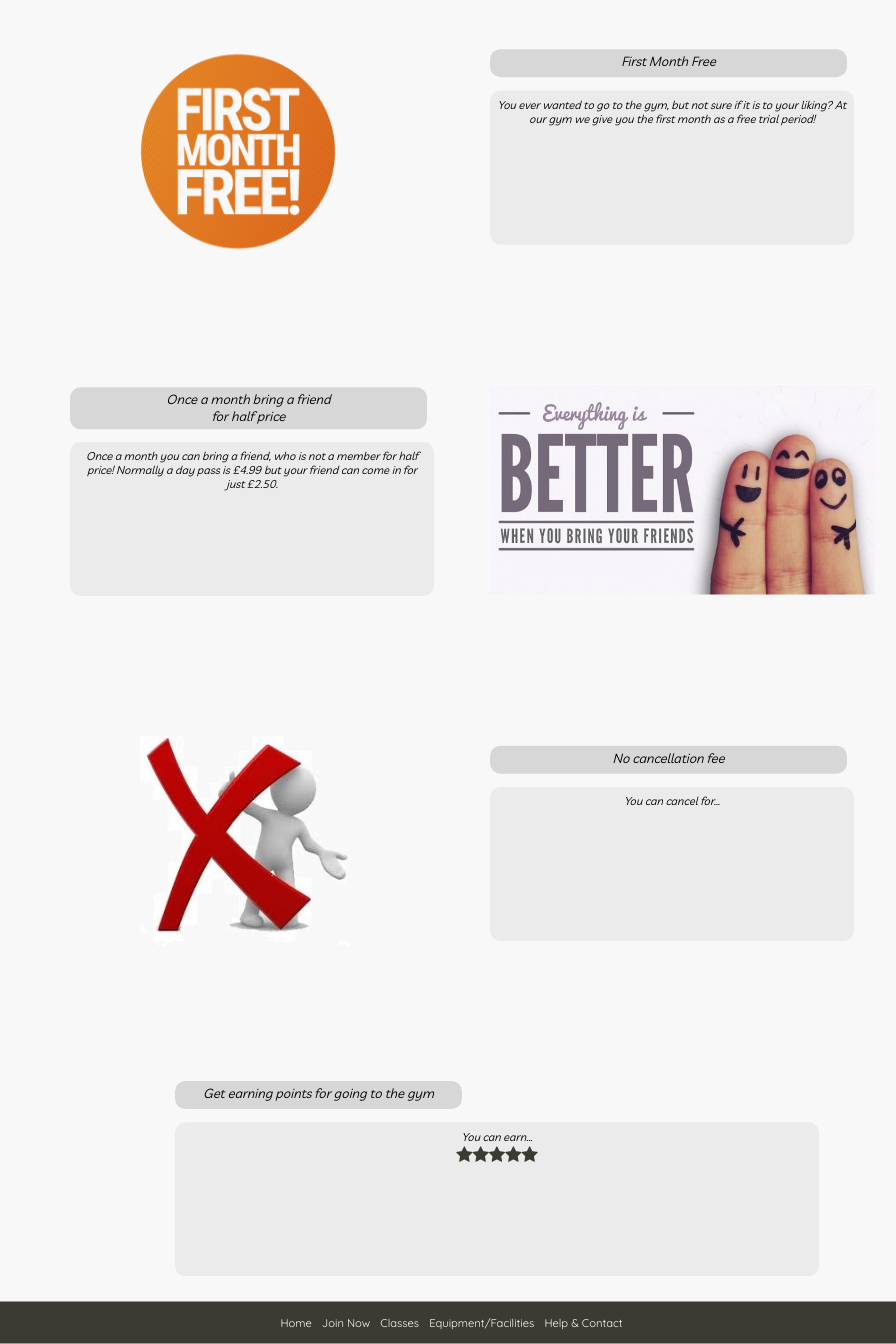
Repository: RicardoAzuul/the_fitness_hub
Page: membership_benefits.html
The author's editor kept a record of every edit. The page is drawn from the files as they stood at one moment, then again after the next edit.
The browser window is 1280 px wide. The pictures show the part of the page from y = 1685 to 3605 px (the page is 3605 px tall), at 70% of full size.
Some web fonts or font styles are not loaded; a fallback is used.

Above is the page before.

After the next edit:
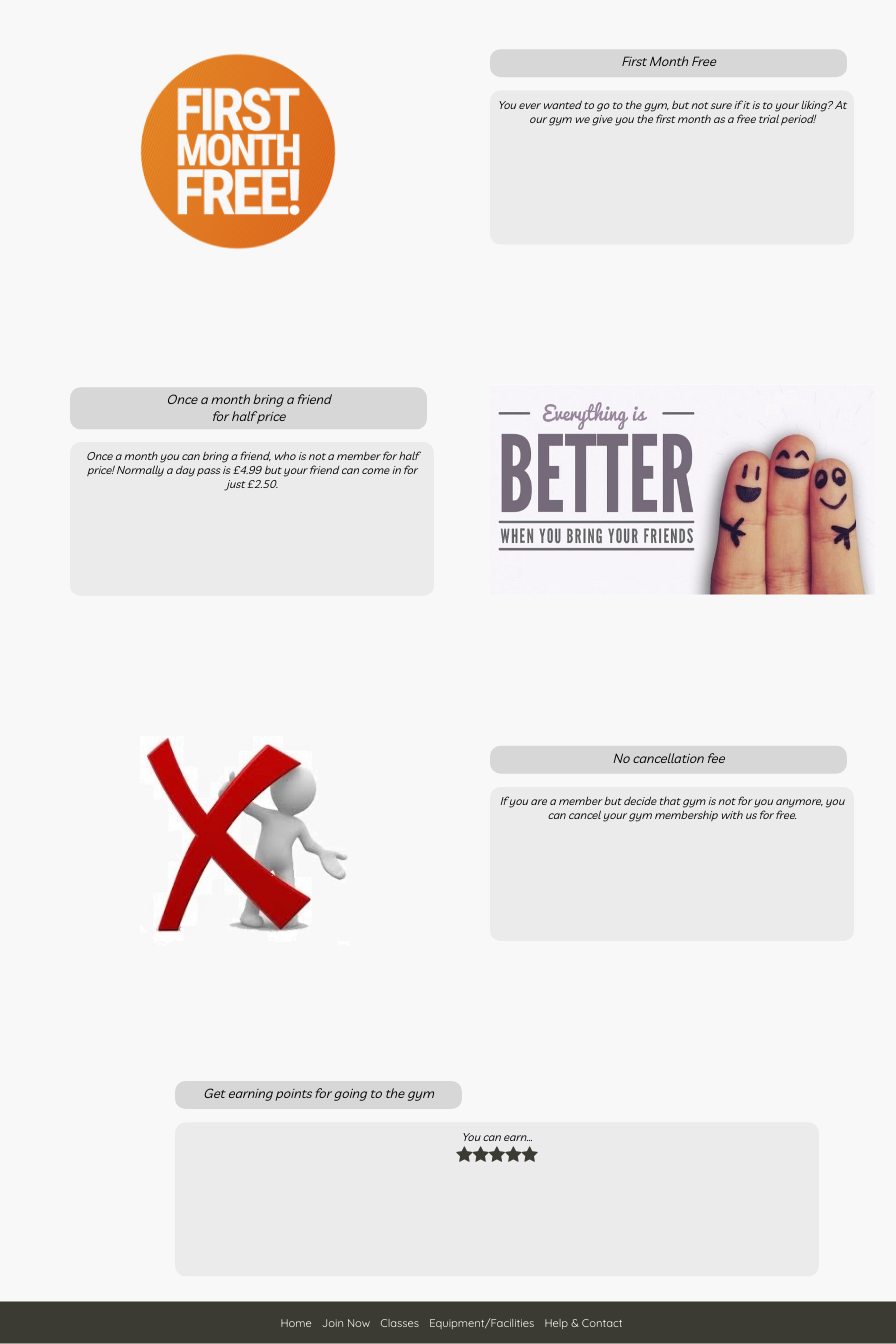
The edit:
--- a/membership_benefits.html
+++ b/membership_benefits.html
@@ -82,7 +82,8 @@
                <img src="images/negative.jpg" alt="negative" class="negative">
                <h3 class="memb_title6">No cancellation fee</h3>
                <div class="benefits6">
-                   <em>You can cancel for...</em>
+                   <em>If you are a member but decide that gym is not for you anymore,
+                   you can cancel your gym membership with us for free. </em>
                </div>
 
                <h3 class="memb_title7">Get earning points for going to the gym</h3>
